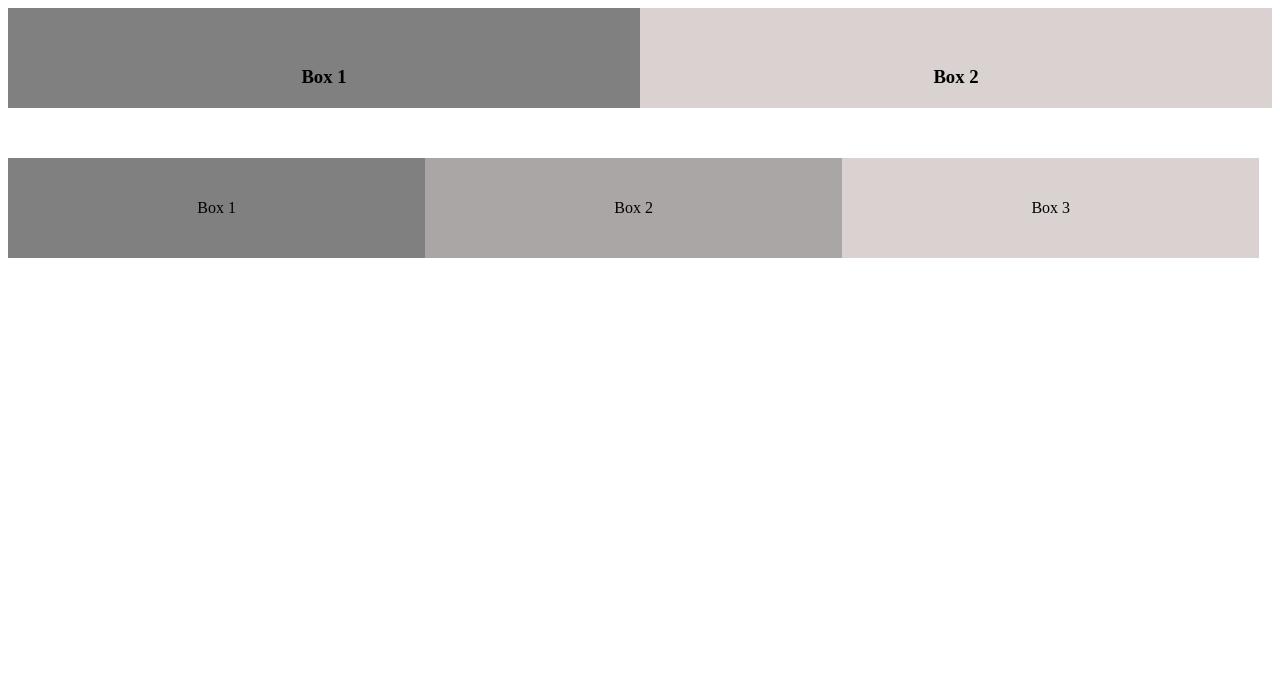
Repository: LongNguyen2504/T3H-FrondEnd
Page: Lesson4_CSS_Lecture.html
The author's editor kept a copy of each file at every save. The page is drawn from the files as they stood at one save, then again after the next save.
The browser window is 1280 px wide. The pictures show the whole page.

Above is the page before, as saved 2021-12-03 20:48:50.

### Lesson4_CSS_Lecture.html
<!DOCTYPE html>
<html lang="en">
<head>
    <meta charset="UTF-8">
    <meta http-equiv="X-UA-Compatible" content="IE=edge">
    <meta name="viewport" content="width=device-width, initial-scale=1.0">
    <title>Document</title>
    <style>
        /* .ancestor-div{
            width: 100%;
            height: 100%;
            float:left;
            background-color: blueviolet;

        }
        .test{
            float: left;
            width: 30%;
            height: 180px;
            display: inline-block;
            text-align: center;
            padding: 30px;
        } */
        .ancestor{
            width: 100%;
            overflow: auto;

        }
        .box1{
            float: left;
            width: 50%;
            height: 100px;
            text-align: center;
            /* padding-top: 50px; */
            line-height: 100px;
            overflow: auto;

        }
        .box2{
            margin-top: 50px;
            float: left;
            width: 33%;
            height: 100px;
            text-align: center;
            /* padding-top: 50px; */
            line-height: 100px;
        }
    </style>
</head>
<body>
    <!-- <div class="ancestor-div">
        <div class="test" style="background-color: bisque;">Test1</div>
        <div class="test" style="background-color: aqua;">Test2</div>
        <div class="test" style="background-color: brown;">Test3</div>
    </div> -->
    <div class="ancestor">
        <div class="box1" style="background-color: gray;">
            <h3>Box 1</h3>
            <p>Some content,Some content,Some content</p>
        </div>
        <div class="box1" style="background-color: rgb(218, 209, 209);">
            <h3>Box 2</h3>
            <p>Some content,Some content,Some content</p>
            <p>Some content,Some content,Some content</p>
            <p>Some content,Some content,Some content</p>
        </div>
    </div>
    <div class="ancestor">
        <div class="box2" style="background-color: gray;">Box 1</div>
        <div class="box2" style="background-color: rgb(170, 166, 166);">Box 2</div>
        <div class="box2" style="background-color: rgb(218, 209, 209);">Box 3</div>
    </div>

</body>
</html>

After the next save:
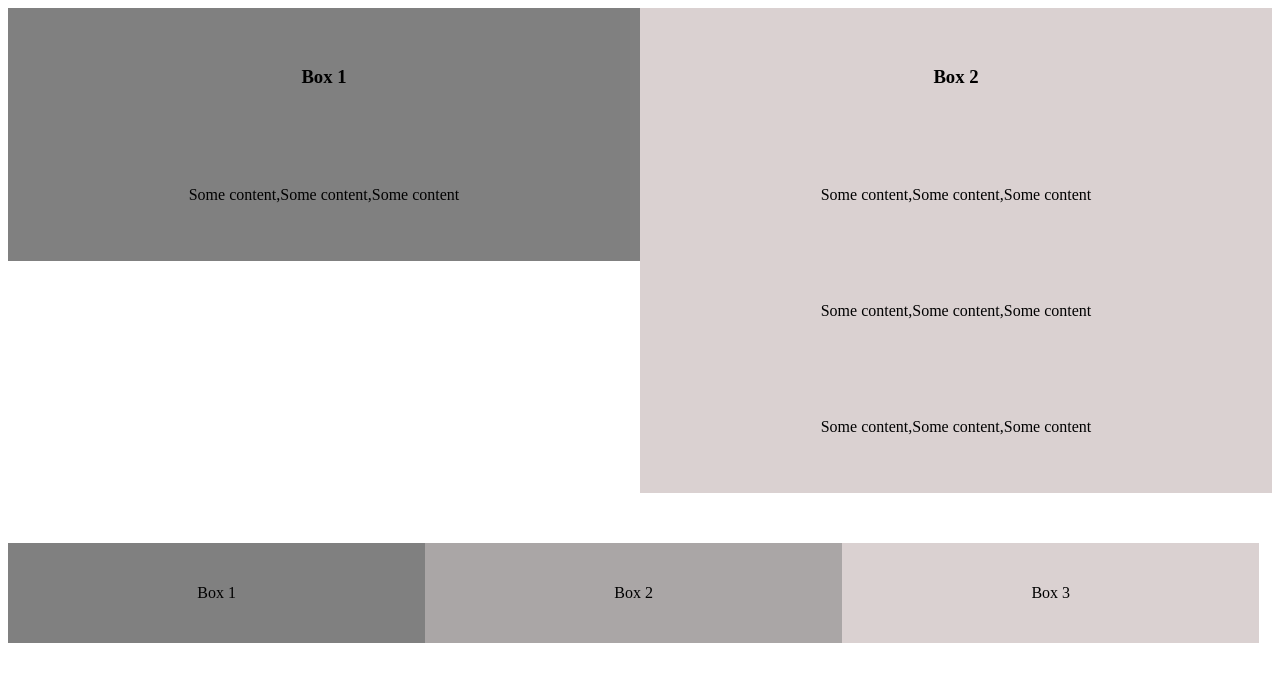
Saved 30 s later.
--- a/Lesson4_CSS_Lecture.html
+++ b/Lesson4_CSS_Lecture.html
@@ -29,7 +29,7 @@
         .box1{
             float: left;
             width: 50%;
-            height: 100px;
+            height: auto;
             text-align: center;
             /* padding-top: 50px; */
             line-height: 100px;
